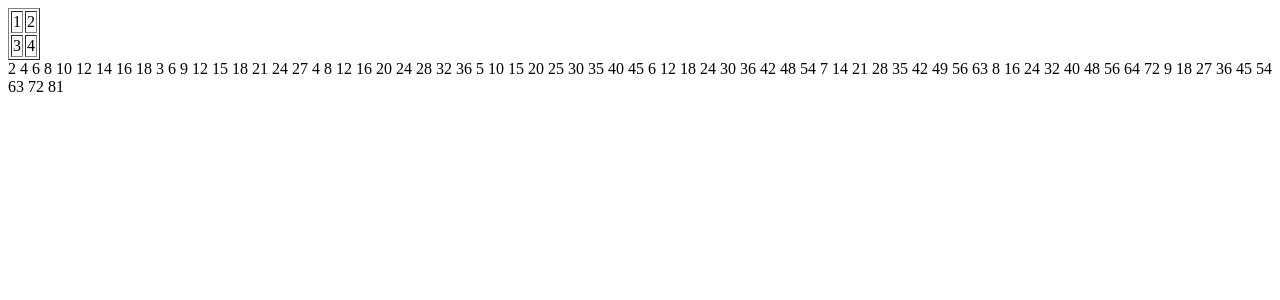
Repository: kvmhyvmvn/Study_JspServlet
Page: http://localhost/03.Tag/01.Script/Ex04For.jsp
An editor plug-in stored every save of this project. The page is shown before and after the next save, followed by the edit.
The browser window is 1280 px wide. The pictures show the whole page.
The page is served by Tomcat 9.

Above is the page before, as saved 2023-05-19 02:23:03.

### WorkSpace/03.Tag/src/main/webapp/01.Script/Ex04For.jsp
<%@ page language="java" contentType="text/html; charset=UTF-8"
    pageEncoding="UTF-8"%>
<!DOCTYPE html>
<html>
<head>
<meta charset="UTF-8">
<title>Insert title here</title>
</head>
<body>
	<table border = 1px solid black">
		<tr>
			<td>1</td>
			<td>2</td>
		</tr>
		<tr>
			<td>3</td>
			<td>4</td>
		</tr>
	</table>


	<% for(int i=2; i<=9; i++) {%>
		<%for(int j=1; j<=9; j++) {%>
		<tr>
			<td><%=i*j%></td>
		</tr>
		<%}%>
	<%}%>
</body>
</html>

After the next save:
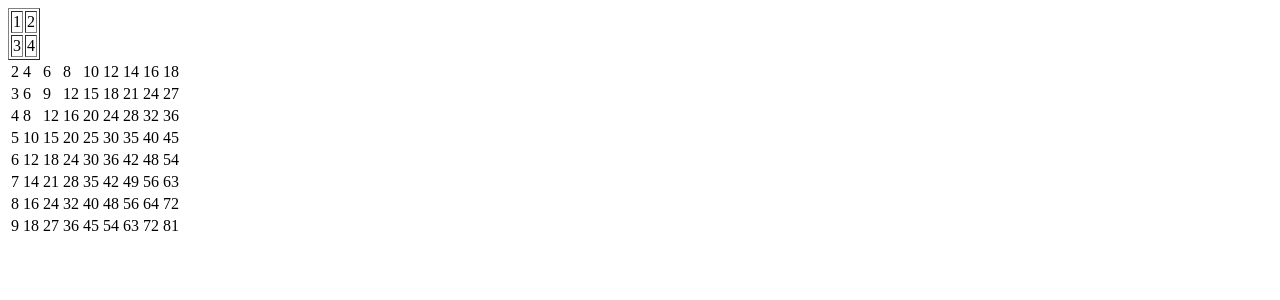
Saved 61 s later.
--- a/WorkSpace/03.Tag/src/main/webapp/01.Script/Ex04For.jsp
+++ b/WorkSpace/03.Tag/src/main/webapp/01.Script/Ex04For.jsp
@@ -18,13 +18,14 @@
 		</tr>
 	</table>
 
-
+	<table>
 	<% for(int i=2; i<=9; i++) {%>
+	<tr>
 		<%for(int j=1; j<=9; j++) {%>
-		<tr>
 			<td><%=i*j%></td>
-		</tr>
 		<%}%>
+	</tr>
 	<%}%>
+	</table>
 </body>
 </html>
